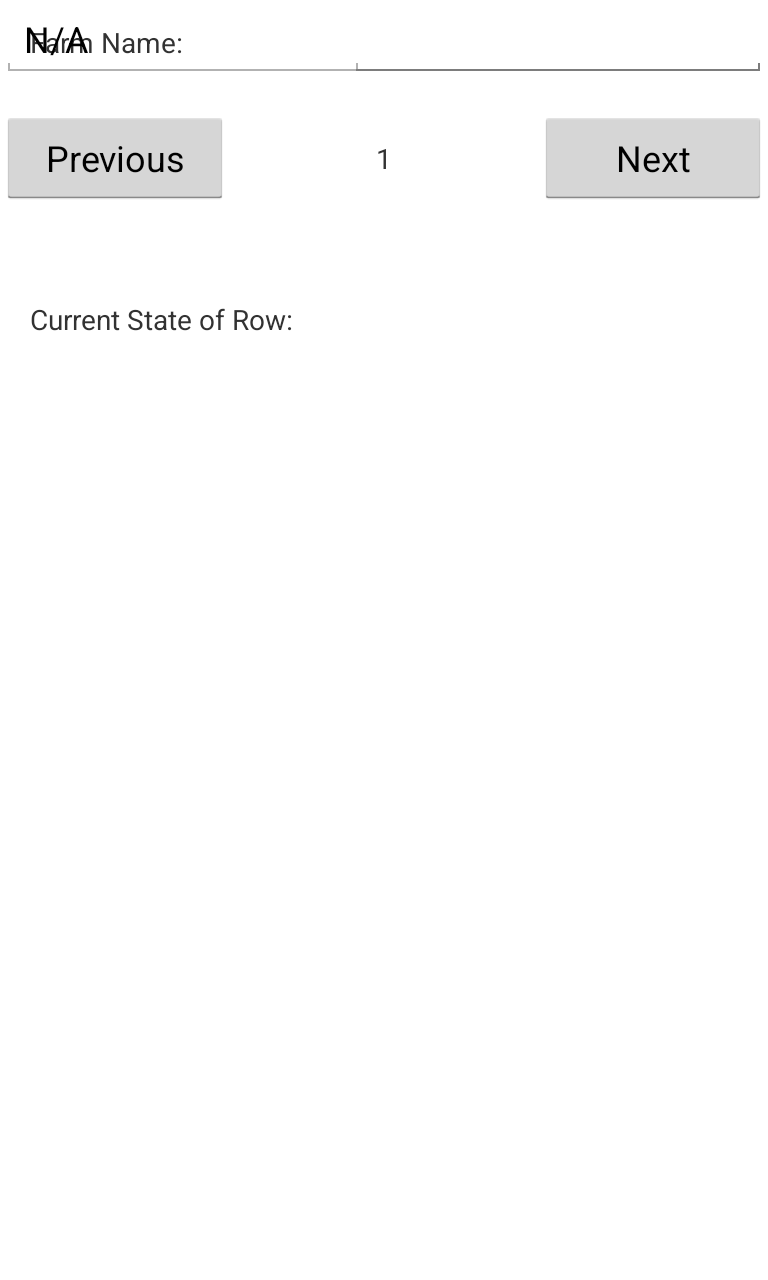
Repository: cokembel/FarmHand
Layout: FarmHand/res/layout/activity_main.xml
An editor plug-in stored every save of this project. The layout is shown before and after the next save, followed by the edit.
It is drawn on a 768 x 1280 px phone screen (xhdpi) without system bars, with theme AppTheme; the app's code is not run.

Above is the layout before, as saved 2012-12-03 08:35:31.

### FarmHand/res/layout/activity_main.xml

    <ScrollView xmlns:android="http://schemas.android.com/apk/res/android"
        android:layout_width="match_parent"
        android:layout_height="match_parent"
        android:layout_alignParentLeft="true"
        android:layout_alignParentTop="true" >

        <RelativeLayout
            android:layout_width="match_parent"
            android:layout_height="wrap_content" >

            <AutoCompleteTextView
                android:id="@+id/farm_name"
                android:layout_width="wrap_content"
                android:layout_height="wrap_content"
                android:layout_alignParentRight="true"
                android:layout_alignParentTop="true"
                android:ems="10" />

            <Button
                android:id="@+id/prev_row"
                android:layout_width="115dp"
                android:layout_height="wrap_content"
                android:layout_gravity="left"
                android:layout_marginTop="55dp"
                android:text="Previous" />

            <TextView
                android:id="@+id/farm_label"
                android:layout_width="100dp"
                android:layout_height="wrap_content"
                android:layout_alignBaseline="@id/farm_name"
                android:layout_alignBottom="@id/farm_name"
                android:layout_alignRight="@id/prev_row"
                android:text="@string/farm_name" />

            <TextView
                android:id="@+id/status_label"
                android:layout_width="wrap_content"
                android:layout_height="wrap_content"
                android:layout_marginTop="150dp"
                android:layout_alignLeft="@id/farm_label"
                android:text="@string/status" />

            <EditText
                android:id="@+id/current_status"
                android:layout_width="match_parent"
                android:layout_height="wrap_content"
                android:layout_alignParentRight="true"

                android:layout_alignButton="@id/status_label"
                android:text="N/A" />

            <TextView
                android:id="@+id/row_number"
                android:layout_width="100dp"
                android:layout_height="40dp"
                android:layout_alignBottom="@+id/prev_row"
                android:layout_alignTop="@+id/prev_row"
                android:layout_centerHorizontal="true"
                android:gravity="center"
                android:text="1" />

            <Button
                android:id="@+id/next_row"
                android:layout_width="115dp"
                android:layout_height="match_parent"
                android:layout_alignBottom="@+id/row_number"
                android:layout_alignParentRight="true"
                android:layout_alignTop="@+id/prev_row"
                android:text="Next" />

        </RelativeLayout>

    </ScrollView>

### FarmHand/res/values/strings.xml
<resources>

    <string name="app_name">FarmHand</string>
    <string name="menu_settings">Settings</string>
    <string name="title_activity_main">MainActivity</string>
    <string name="farm_name">Farm Name:</string>
	<string name="status">Current State of Row:</string>

</resources>

Loaded but not shown: FarmHand/res/values-v11/styles.xml (common file); FarmHand/res/values-v14/styles.xml (common file); FarmHand/res/values/styles.xml (common file)

After the next save:
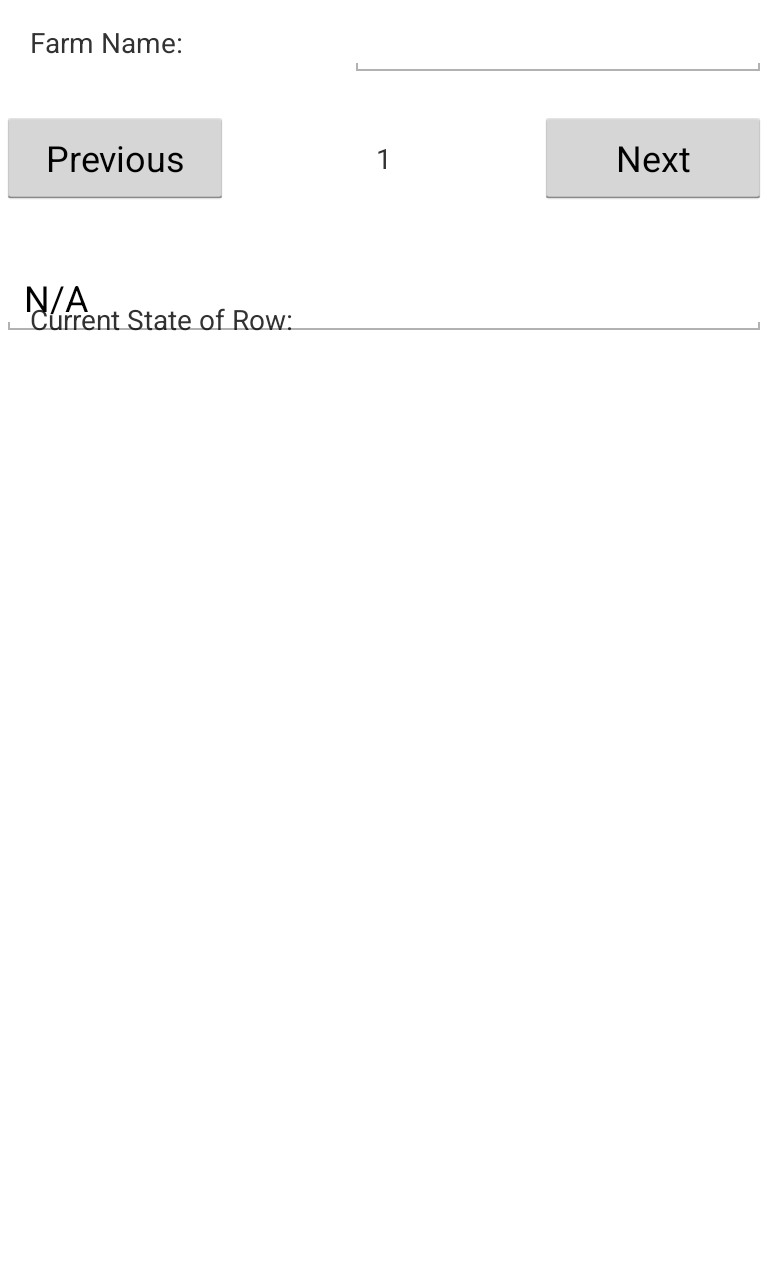
Saved 4 s later.
--- a/FarmHand/res/layout/activity_main.xml
+++ b/FarmHand/res/layout/activity_main.xml
@@ -48,7 +48,7 @@
                 android:layout_height="wrap_content"
                 android:layout_alignParentRight="true"
 
-                android:layout_alignButton="@id/status_label"
+                android:layout_alignBottom="@id/status_label"
                 android:text="N/A" />
 
             <TextView
